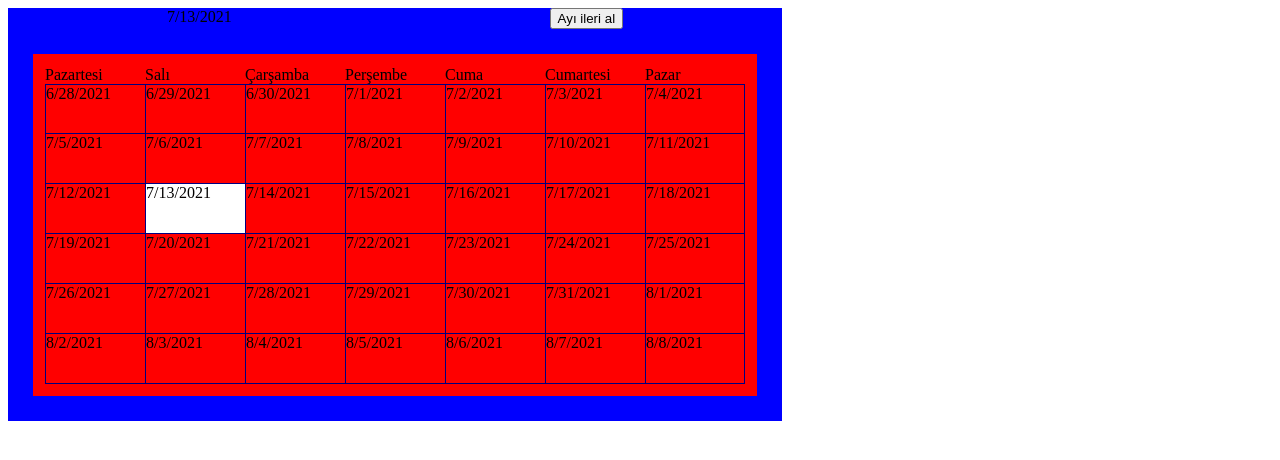
Repository: ahmetbugraozcan/javascript-calendar
Page: tablo.html
The author's editor kept a copy of each file at every save. The page is drawn from the files as they stood at one save, then again after the next save.
The browser window is 1280 px wide. The pictures show the whole page.

Above is the page before, as saved 2021-07-13 10:33:16.

After the next save:
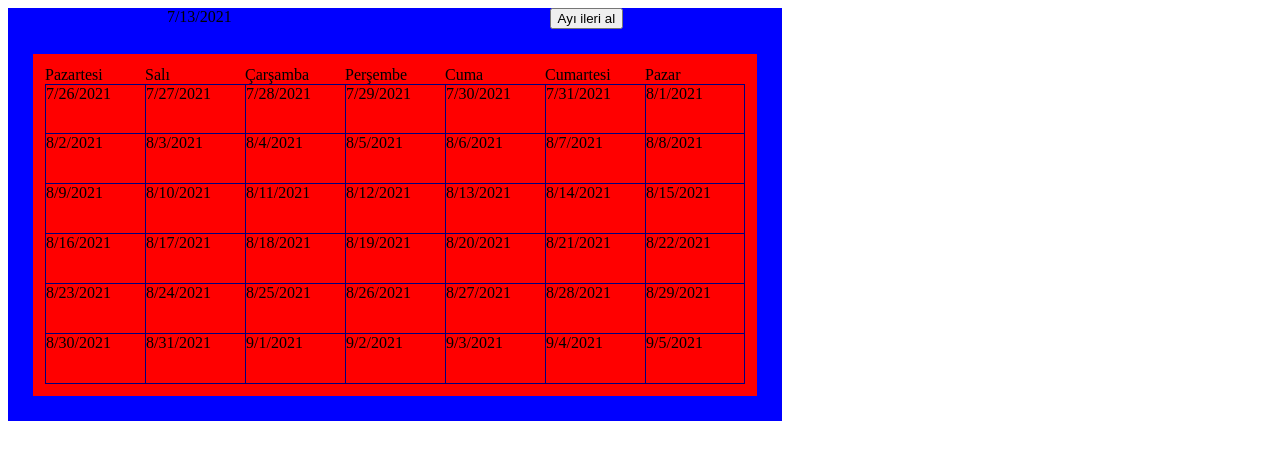
Saved 5 s later.
--- a/tablo.html
+++ b/tablo.html
@@ -148,7 +148,7 @@
         var cumartesi = [];
         var pazar = [];
         var gunler = ["pazar", "pazartesi", "sali", "carsamba", "persembe", "cuma", "cumartesi"];
-        var baslanacakDate = new Date(currentDate.getFullYear(),6 , 1);
+        var baslanacakDate = new Date(currentDate.getFullYear(),7 , 1);
 
         fillCalendar();
 
